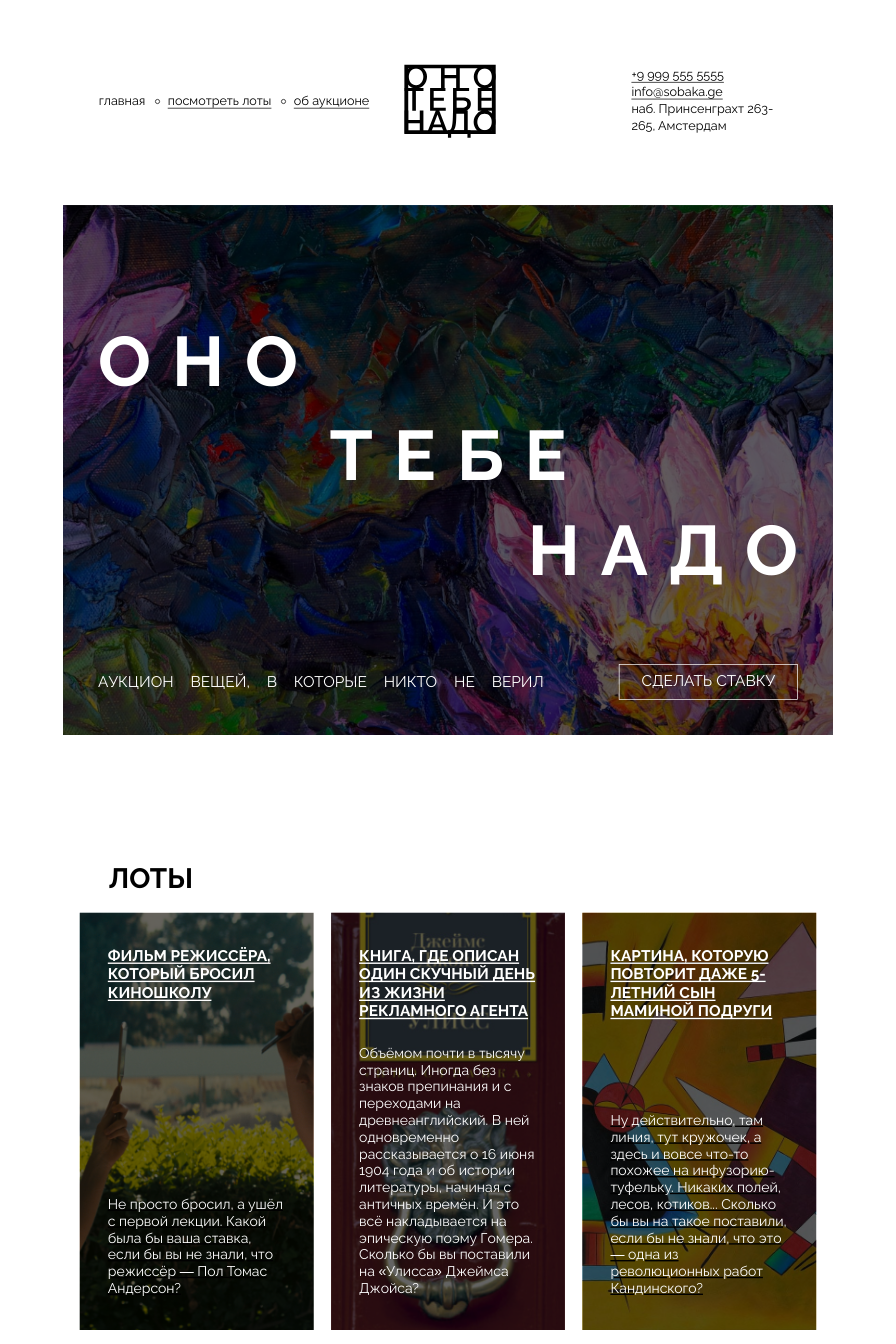
Repository: NikWolf75/ono-tebe-nado-fd
Page: index.html
An editor plug-in stored every save of this project. The page is shown before and after the next save, followed by the edit.
The browser window is 1280 px wide. The pictures show the part of the page from y = 0 to 1920 px (the page is 3027 px tall before and 2839 px after), at 70% of full size.

Above is the page before, as saved 2024-12-18 15:31:14.

After the next save:
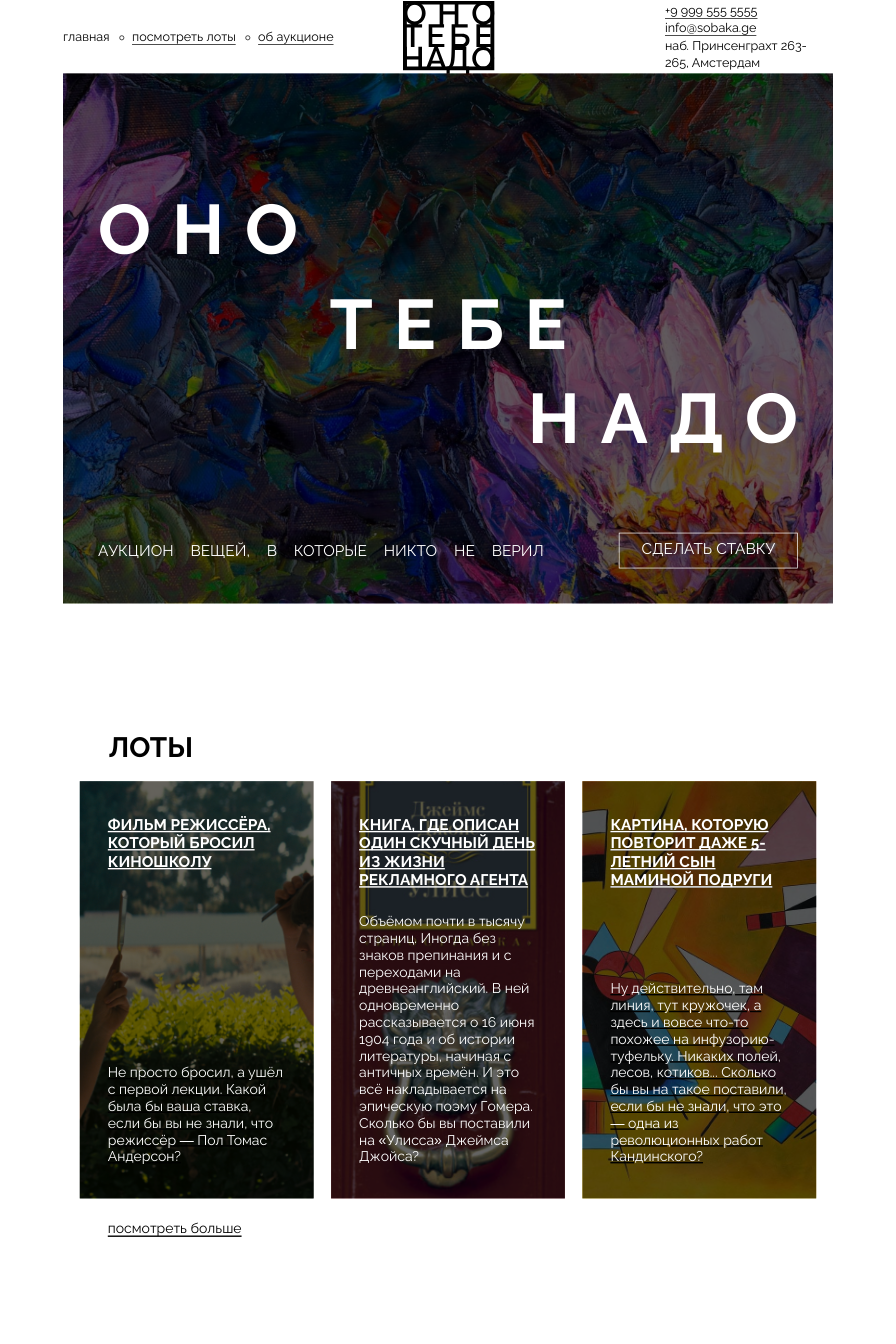
Saved 7 s later.
--- a/styles/style.css
+++ b/styles/style.css
@@ -2,7 +2,7 @@
   display: grid;
   grid-template-columns: 1fr min-content 1fr;
   align-items: center;
-  padding: 91px 48px 97px 51px;
+  padding: 91px 48px 97px px;
   font-style: normal;
   font-size: 18px;
   font-weight: 400;
@@ -141,7 +141,7 @@
   display: flex;
   justify-content: center;
   list-style: none;
-  gap: 25px;
+  gap: 25px
 }
 
 .lots__card-list-item {

After the 5 saves that followed:
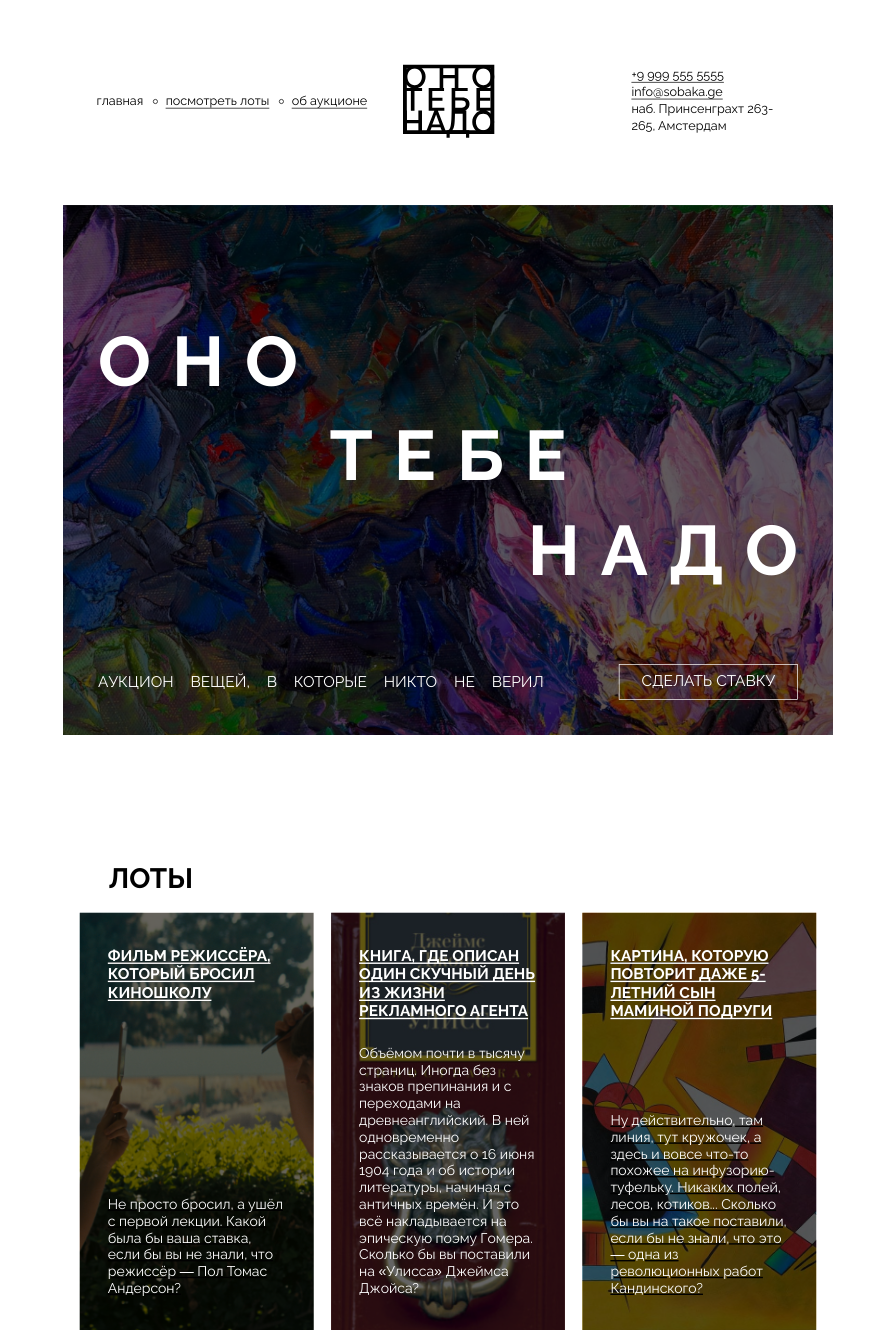
The 5 saves are shown as one change because 2 left the picture as it was and some came seconds apart.
The last was saved 40 s later.
--- a/styles/style.css
+++ b/styles/style.css
@@ -2,7 +2,7 @@
   display: grid;
   grid-template-columns: 1fr min-content 1fr;
   align-items: center;
-  padding: 91px 48px 97px px;
+  padding: 91px 48px 97px 48px;
   font-style: normal;
   font-size: 18px;
   font-weight: 400;
